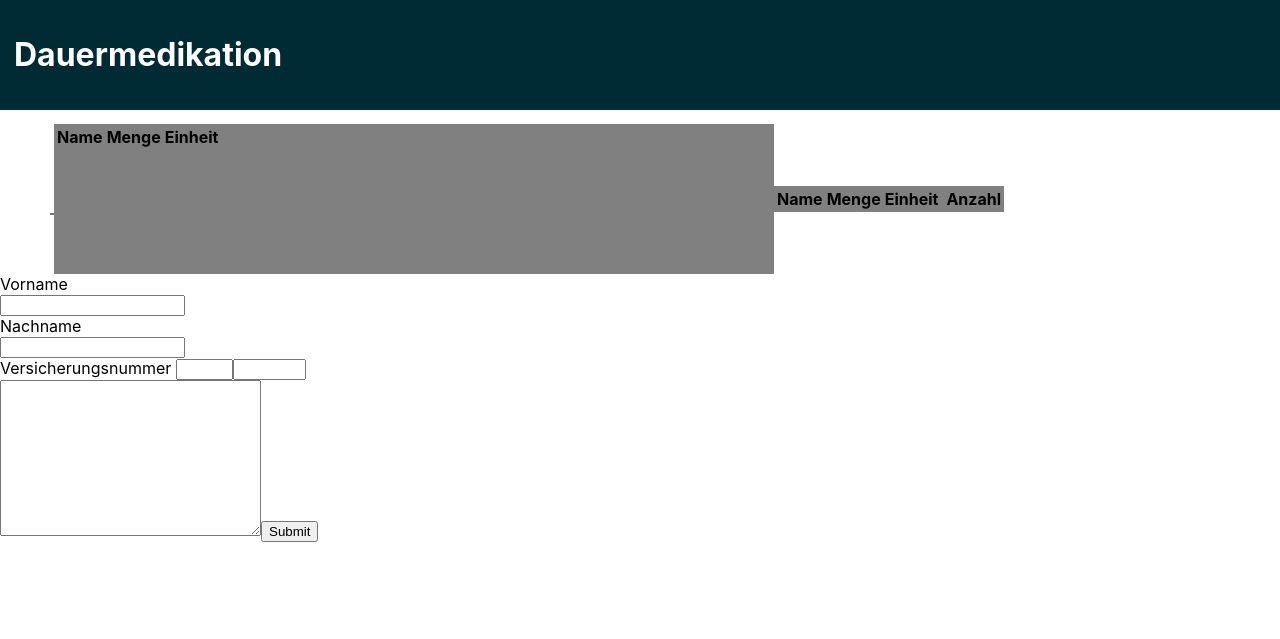
Repository: Esatollah/MedDemo
Page: / (app in client/)
These files come from the project's save history. The page is drawn as it stood at one moment and after a run of saves; the edit follows.
The browser window is 1280 px wide. The pictures show the whole page.
The page's requests for data from a server got no answer. The project was rebuilt for these pictures with package versions that can differ from the ones it lists, and the page was loaded fresh each time. No one was signed in, and anything a server would have sent is missing. Also part of the build but not shown: client/src/App.css, client/src/Routes/Bestellungen.jsx.

Above is the page before, as saved 2022-06-10 11:00:09.

### client/src/App.js
import './App.css';
import SearchBar from './Routes/Search';
import {BrowserRouter, Routes, Route} from 'react-router-dom'
import Bestellungen from './Routes/Bestellungen';
import ReactModal from 'react-modal';

ReactModal.setAppElement('#root')

function App() {
  return (
    <BrowserRouter>
    <Routes>
      <Route path='/' element={<div><SearchBar/></div>}/>
      <Route path='/bestellungen' element={<div><Bestellungen/></div>}/>
    </Routes>
    </BrowserRouter>
  );
}

export default App;

### client/src/Routes/Search.jsx
import React, { useState, useEffect } from 'react'
import DrugAPI from '../api/DrugAPI';
import Form from '../components/Form';
import Navbar from '../components/Navbar';
import { SearchWrap } from '../Styles/SearchStyles';


const Search = () => {

  const [searchinput, setSearchinput] = useState("Metformin");
  const [drugs, setDrugs] = useState([]);
  const [cartitems, setCartitems] = useState([]);

  useEffect(() => {
    const fetchData = async () => {
      try {
        const result = await DrugAPI.get(`/?drugsearch=${searchinput}`)
        setDrugs(result.data.meds)
      } catch (err) {
        console.error(err);
      }
    }

    fetchData();

  }, [searchinput])

  const handleDrugClick = (e, x) => {
    const is_in_cart = cartitems.some(y => {
      if (y.id === x.id) {
        return true;
      }

      return false;
    })

    if (is_in_cart) {
      return
    }
    let temp = { ...x, anzahl: "1" }
    setCartitems([...cartitems, temp]);
  }

  const handleDelete = (e, x, index) => {
    let temp = [...cartitems]

    temp.splice(index, 1);

    setCartitems(temp);
  }

  const handleCountchange = (e, x, index) => {
    let temps = [...cartitems]
    let temp = {
      ...temps[index],
      anzahl: e.target.value
    }
    temps[index] = temp
    setCartitems(temps);

  }


  return (
    <>
      <Navbar />
      <div className='order-container'>
        <SearchWrap>
          <div className='search-container'>

          <input type="search" placeholder="Suche" id="search" value={searchinput} onChange={e => setSearchinput(e.target.value)} />
            <div className='table-container'>
              <table className='drugtable'>
                <thead>
                  <tr>
                    <th scope='col'>
                      Name
                    </th>
                    <th scope='col'>Menge</th>
                    <th scope='col'>Einheit</th>
                    <th scope='col'></th>
                  </tr>
                </thead>
                <tbody>
                  {drugs && drugs.map((x) => {
                    return (
                      <tr key={x.id} className="drug-row" >
                        <td className={x.name}>{x.name}</td>
                        <td>{x.menge}</td>
                        <td>{x.mengenart}</td>
                        <td><button onClick={(e) => { handleDrugClick(e, x) }}>+</ button></td>
                      </tr>
                    )
                  })}
                </tbody>

              </table>
            </div>

            <div className='cart-container'>
              <table>
                <thead>
                  <tr>
                    <th scope='col'>
                      Name
                    </th>
                    <th scope='col'>Menge</th>
                    <th scope='col'>Einheit</th>
                    <th scope='col'></th>
                    <th scope='col'>Anzahl</th>
                  </tr>
                </thead>
                <tbody>
                  {cartitems && cartitems.map((x, index) => {
                    if (x.abgabezahl) {
                      return (
                        <tr key={index} className="drug-row" >
                          <td>{x.name}</td>
                          <td>{x.menge}</td>
                          <td>{x.mengenart}</td>
                          <td><button onClick={(e) => handleDelete(e, x, index)}>-</button></td>
                          <td><select onChange={(e) => { handleCountchange(e, x, index) }}><option value="1">1</option><option value="2">2</option></select></td>
                        </tr>
                      )
                    }
                    return (
                      <tr key={index} className="drug-row" >
                        <td>{x.name}</td>
                        <td>{x.menge}</td>
                        <td>{x.mengenart}</td>
                        <td><button onClick={(e) => handleDelete(e, x, index)}>-</button></td>
                        <td>1</td>
                      </tr>
                    )
                  })}
                </tbody>
              </ table>
            </div>
          </div>
        </SearchWrap>
      </div>

      <Form cartitems={cartitems} setCartitems={setCartitems} />
    </>
  )
}

export default Search

### client/src/api/DrugAPI.js
import axios from 'axios'

export default axios.create({
    baseURL: "http://localhost:5000/api"
})

### client/src/components/Form.jsx
import React, {useState}from 'react'
import DrugAPI from '../api/DrugAPI'

const Form = props => {

    const [fname, setFname] = useState('');
    const [lname, setLname] = useState('');
    const [vpin, setVpin] = useState('');
    const [vbday, setVbday] = useState('');
    const [anmerkungen, setAnmerkungen] = useState('');

    const handleSubmit = (e) => {

        e.preventDefault();
        const formdata = {
            fname,
            lname,
            vpin,
            vbday,
            anmerkungen
        }

        const fetchData = async () =>{
            try {
            await DrugAPI.post("/", {drugs:{...props.cartitems}, ...formdata})
            } catch (error) {
                console.error(error);
            }
    }

    fetchData();

    setFname('');setLname('');setVpin('');setVbday('');setAnmerkungen('');
    props.setCartitems([]);

}


  return (
    <div>
        <form onSubmit={(e) =>handleSubmit(e)}>
            <label htmlFor="fname">Vorname</label><br/>
            <input type="text" value={fname} id="fname" name="fname" onChange={(e)=> setFname(e.target.value)}required/><br/>
            <label htmlFor="lname">Nachname</label><br />
            <input type="text" id="lname" value={lname} onChange={(e) => setLname(e.target.value)}name="lname" required /><br/>
            <label htmlFor="pin">Versicherungsnummer  </label>
            <input type="text" id="pin" value={vpin} onChange={(e) => setVpin(e.target.value)} name="pin" size="4" minLength="4"maxLength="4" required/>
            <input type="text" id="bday" value={vbday} onChange={(e) => setVbday(e.target.value)} name="bday" size="6" minLength={6} maxLength={6} required/> <br/>
            <textarea value={anmerkungen} onChange={(e) => setAnmerkungen(e.target.value)} name="message" rows="10" cols="30" className='textarea'>
            </textarea>
            <input type="submit" value="Submit" ></input><br />
        </form>
    </div>

  )
}

export default Form

### client/src/components/Navbar.jsx
import React from 'react'
import { NavWrap } from '../Styles/NavbarStyles'
const Navbar = () => {
  return (
    <NavWrap>
        <h1>Dauermedikation</h1>
    </NavWrap>
  )
}

export default Navbar

### client/src/Styles/SearchStyles.js
import styled from 'styled-components';

export const SearchWrap = styled.div`

    justify-content: center;
    display: flex;
    flex-direction: column;
    align-items: center;
    align-content: center;
    justify-content: center;

    @media(min-width: 1000px) {
             width: 1000px;
         }
    #search {
    width:80%;
    height: 2rem;
    outline:none;
    border-top: hidden;
    border-right: hidden;
    border-left: hidden;
    font-size: 1rem;
}

.table-container {
    max-height: 200px;
    max-width: 80%;
    min-width:80%;
    overflow-y: auto;
}


.drug-row:hover {
    background-color: beige;
}

.search-container {
    width: 90%;
    min-width: 90%;

    @media(min-width: 1000px) {
        display:flex;
        align-items: center;
    }
    .table-container {
        width :100%;
        height: 150px;

         @media(min-width: 1000px) {
             width: 40%;
             background-color: gray;
         }
    }

    .cart-container {
        width: 100%;
        @media(min-width: 1000px) {
             width: 40%;
             background-color: gray;
         }

    }

}

`;

### client/src/Styles/NavbarStyles.js
import styled from "styled-components"

export const NavWrap = styled.div`
    width:100%;
    padding: 14px 0;
    background-color: #002b34;
    margin-bottom: 14px;
    h1 {
        margin-left: 14px;
        color: #fff
    }
`;

Loaded but not shown: client/public/index.html (common file); client/src/index.js (common file); client/src/index.css (common file)

After the next 2 saves:
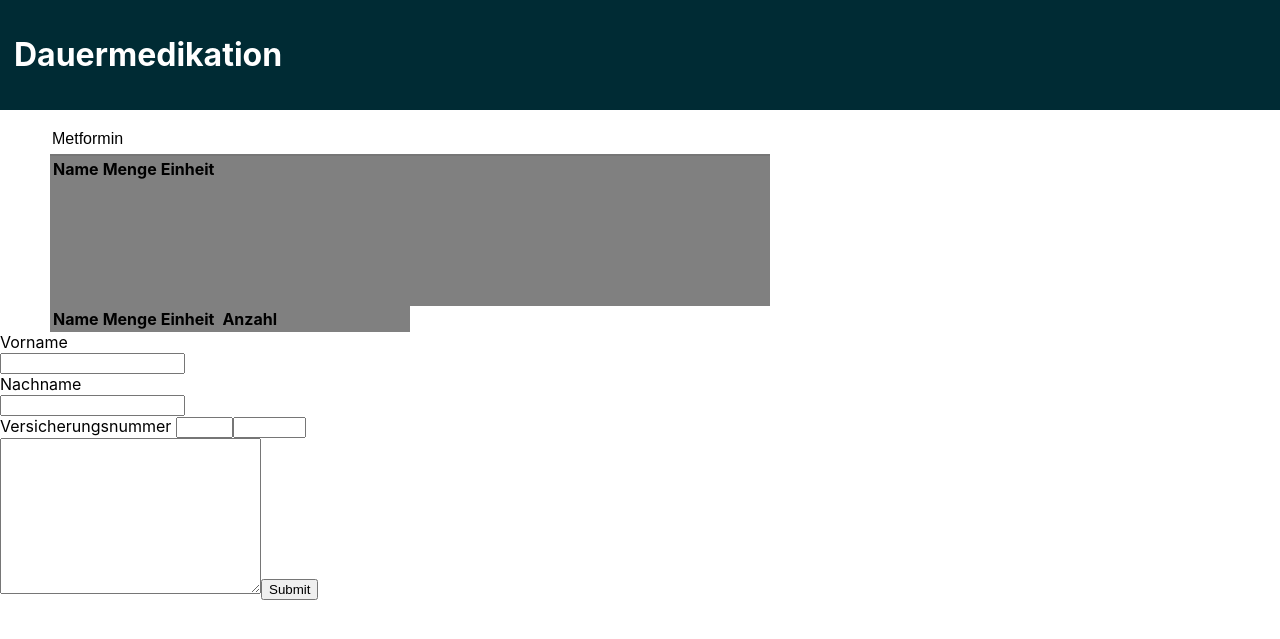
The 2 saves are shown as one change because they came seconds apart.
The last was saved 8 s later.
--- a/client/src/Styles/SearchStyles.js
+++ b/client/src/Styles/SearchStyles.js
@@ -39,7 +39,7 @@ export const SearchWrap = styled.div`
     min-width: 90%;
 
     @media(min-width: 1000px) {
-        display:flex;
+        flex-flow: row ;
         align-items: center;
     }
     .table-container {
